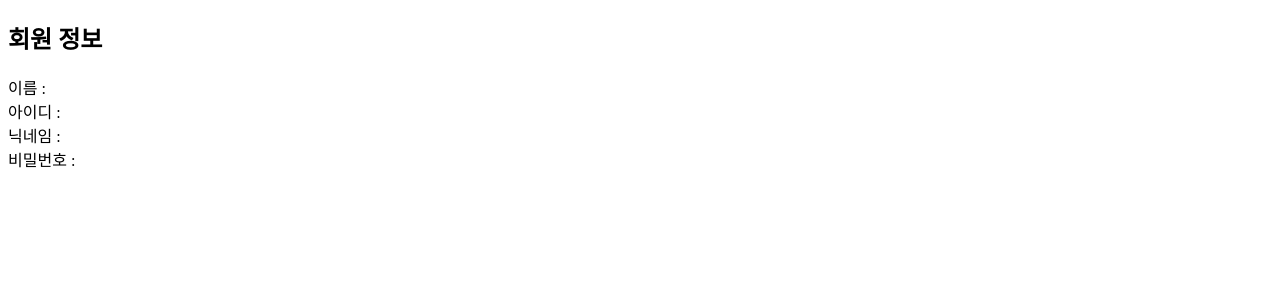
Repository: angwanghyeon/eclipse
Page: http://localhost/sec06/02_addMember.jsp
An editor plug-in stored every save of this project. The page is shown before and after the next save, followed by the edit.
The browser window is 1280 px wide. The pictures show the whole page.
The page is served by Tomcat 9.

Above is the page before, as saved 2023-09-01 02:18:09.

After the next save:
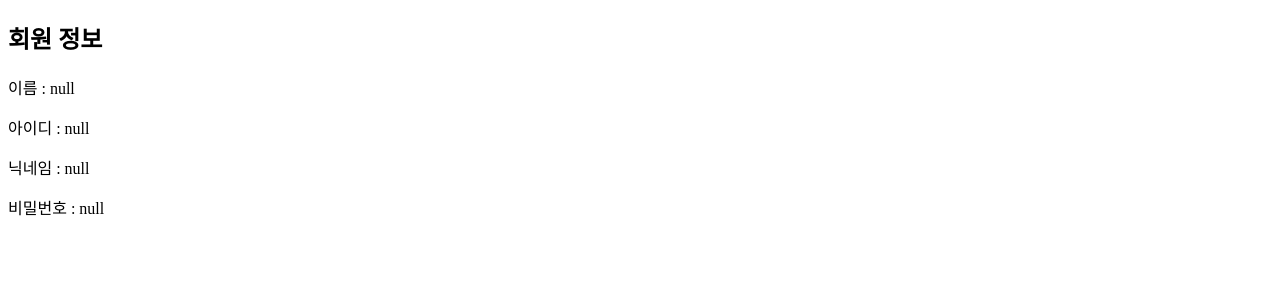
Saved 19 s later.
--- a/sec06/src/main/webapp/02_addMember.jsp
+++ b/sec06/src/main/webapp/02_addMember.jsp
@@ -11,9 +11,9 @@
 </head>
 <body>
 	<h2>회원 정보</h2>
-	이름 : <jsp:setProperty property="name" name="member"/> <br>
-	아이디 : <jsp:setProperty property="userid" name="member"/> <br>
-	닉네임 : <jsp:setProperty property="nickname" name="member"/> <br>
-	비밀번호 : <jsp:setProperty property="pwd" name="member"/> <br>
+	<p>이름 : <jsp:getProperty property="name" name="member"/> </p>
+	<p>아이디 : <jsp:getProperty property="userid" name="member"/> </p>
+	<p>닉네임 : <jsp:getProperty property="nickname" name="member"/> </p>
+	<p>비밀번호 : <jsp:getProperty property="pwd" name="member"/> </p>
 </body>
 </html>
